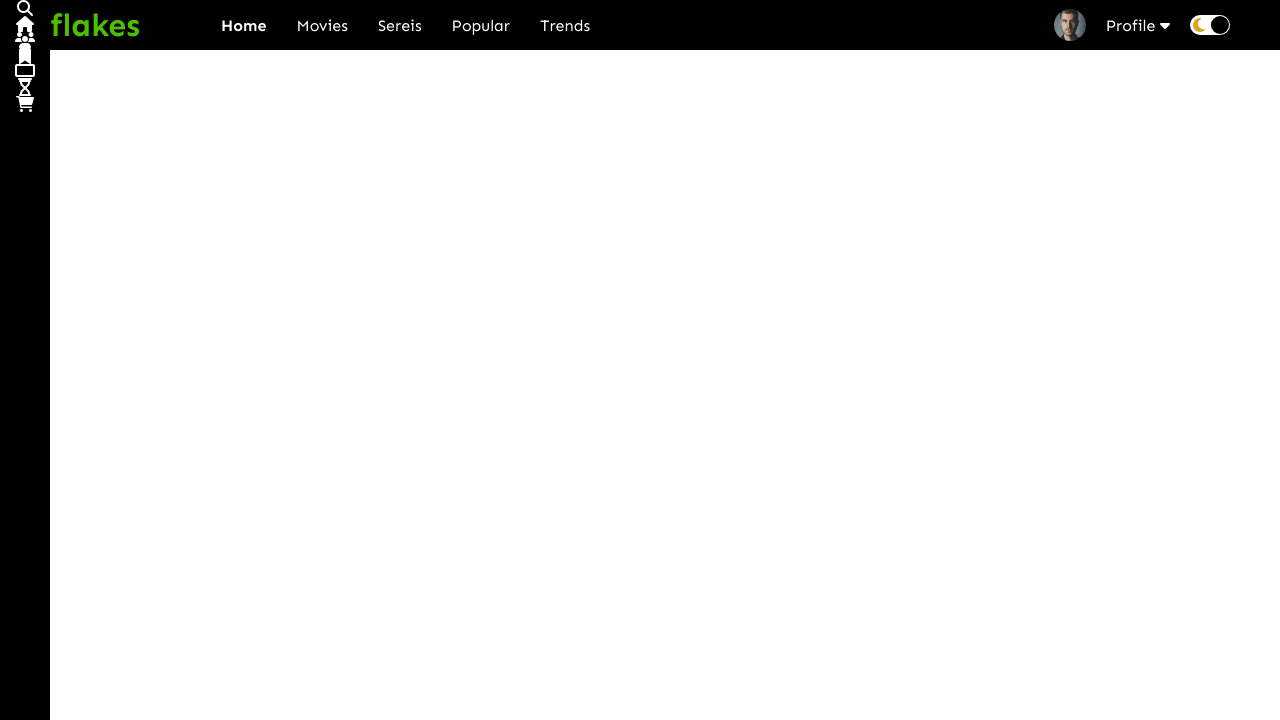
Repository: JulyK9/Movie-Website
Page: index.html
An editor plug-in stored every save of this project. The page is shown before and after the next save, followed by the edit.
The browser window is 1280 px wide. The pictures show the whole page.
Some web libraries are served in a nearby version.

Above is the page before, as saved 2022-07-03 22:15:26.

### index.html
<!DOCTYPE html>
<html lang="en">
<head>
    <meta charset="UTF-8">
    <meta http-equiv="X-UA-Compatible" content="IE=edge">
    <meta name="viewport" content="width=device-width, initial-scale=1.0">
    <title>Movie design</title>
    <link rel="stylesheet" href="style.css">

    <link rel="preconnect" href="https://fonts.googleapis.com">
    <link rel="preconnect" href="https://fonts.gstatic.com" crossorigin>
    <link href="https://fonts.googleapis.com/css2?family=Roboto:wght@100;300;400;500;700;900&family=Sen:wght@400;700;800&display=swap" rel="stylesheet">
    <link rel="stylesheet" href="https://cdnjs.cloudflare.com/ajax/libs/font-awesome/6.1.1/css/all.min.css">
</head>

<body>
    <nav class="navbar">
        <div class="navbar-container">
            <div class="logo-container"><h1 class="logo">flakes</h1></div>
            <div class="menu-container">
                <ul class="menu-list">
                    <li class="menu-list-item active">Home</li>
                    <li class="menu-list-item">Movies</li>
                    <li class="menu-list-item">Sereis</li>
                    <li class="menu-list-item">Popular</li>
                    <li class="menu-list-item">Trends</li>
                </ul>
            </div>
            <div class="profile-container">
                <img class="profile-picture" src="./img/profile.jpg" alt="profile">
                <div class="profile-text-container">
                    <span class="profile-text">Profile</span>
                    <i class="fa-solid fa-caret-down"></i>
                </div>
                <div class="toggle">
                    <i class="fa-solid fa-moon toggle-icon"></i>
                    <i class="fa-solid fa-sun toggle-icon"></i>
                    <div class="toggle-ball"></div>
                </div>
            </div>
        </div>
    </nav>
    <div class="sidebar">
        <i class="fa-solid fa-magnifying-glass"></i>
        <i class="fa-solid fa-house"></i>
        <i class="fa-solid fa-users"></i>
        <i class="fa-solid fa-bookmark"></i>
        <i class="fa-solid fa-tv"></i>
        <i class="fa-solid fa-hourglass"></i>
        <i class="fa-solid fa-cart-shopping"></i>
    </div>

</body>

</html>

### style.css
* {
    box-sizing: border-box;
    margin: 0;
    text-decoration: none;
    list-style: none;
}

body {
    font-family: 'Roboto', sans-serif;
    /* overflow: hidden; */
}

.navbar {
    width: 100%;
    height: 50px;
    background-color: black;
}

.navbar-container {
    height: 100%;
    display: flex;
    align-items: center;
    padding: 0 50px;
    color: white;
    font-family: 'Sen', sans-serif;
}

.logo-container {
    flex: 1;
}

.logo {
    font-size: 2rem;
    color: #4dbf00;
}

.menu-container {
    flex: 6;
}

.menu-list {
    display: flex;
    align-items: center;
}

.menu-list-item {
    margin-right: 30px;   /* item 간 간격 조정 */
}

.menu-list-item.active {  /* class 를 2개 부여해서 선택해 줌 */
    font-weight: bold;
}

.profile-container {
    flex: 2;
    display: flex;
    align-items: center;
    justify-content: flex-end;
}

.profile-picture {
    width: 32px;
    height: 32px;
    border-radius: 50%;
    object-fit: cover;   /* 가로세로 비율은 유지하면서 컨텐이너에 꽉 차게 설정 */
}

.toggle {
    width: 40px;
    height: 20px;
    background-color: white;
    border-radius: 30px;
    display: flex;
    justify-content: space-around;
    align-items: center;
    position: relative;  /* toggle-ball을 toggle내에서 움직이도록 설정 */
}

.toggle-icon {
    color: goldenrod;
}

.toggle-ball {
    width: 18px;
    height: 18px;
    background-color: black;
    border-radius: 50%;
    position: absolute;  /* 독립적이고 자유로운 배치권한 부여 */
    right: 1px;
    cursor: pointer;
}

.profile-text-container {
    margin: 0 20px;
}

.sidebar {
    width: 50px;
    height: 100%;
    background-color: black;
    position: fixed;   /* 스크롤바 생기는 부분 제거 및 사이드바 고정 */
    top: 0;     /* 사이드바 상단 고정 */
    color: white;
    display: flex;
    flex-direction: column;
    justify-content: flex-start;
    align-items: center;
}

After the next save:
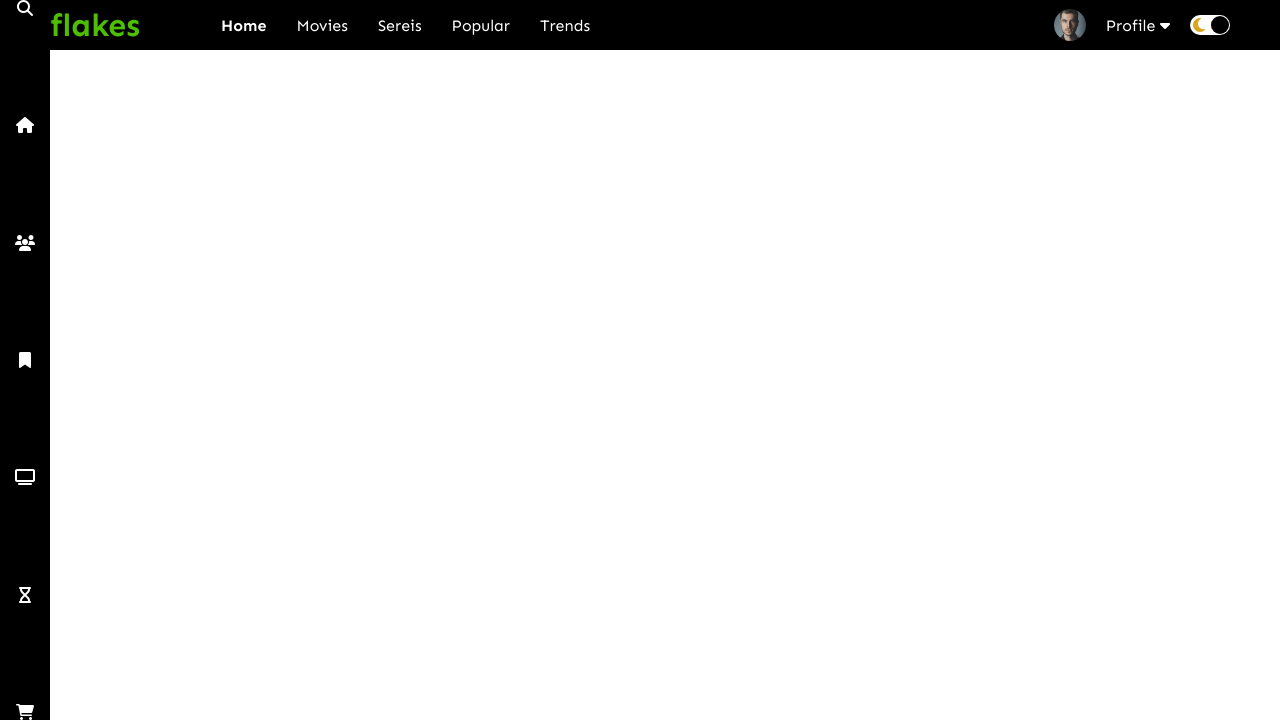
Saved 15 s later.
--- a/style.css
+++ b/style.css
@@ -103,6 +103,6 @@ body {
     color: white;
     display: flex;
     flex-direction: column;
-    justify-content: flex-start;
+    justify-content: space-between;
     align-items: center;
 }
